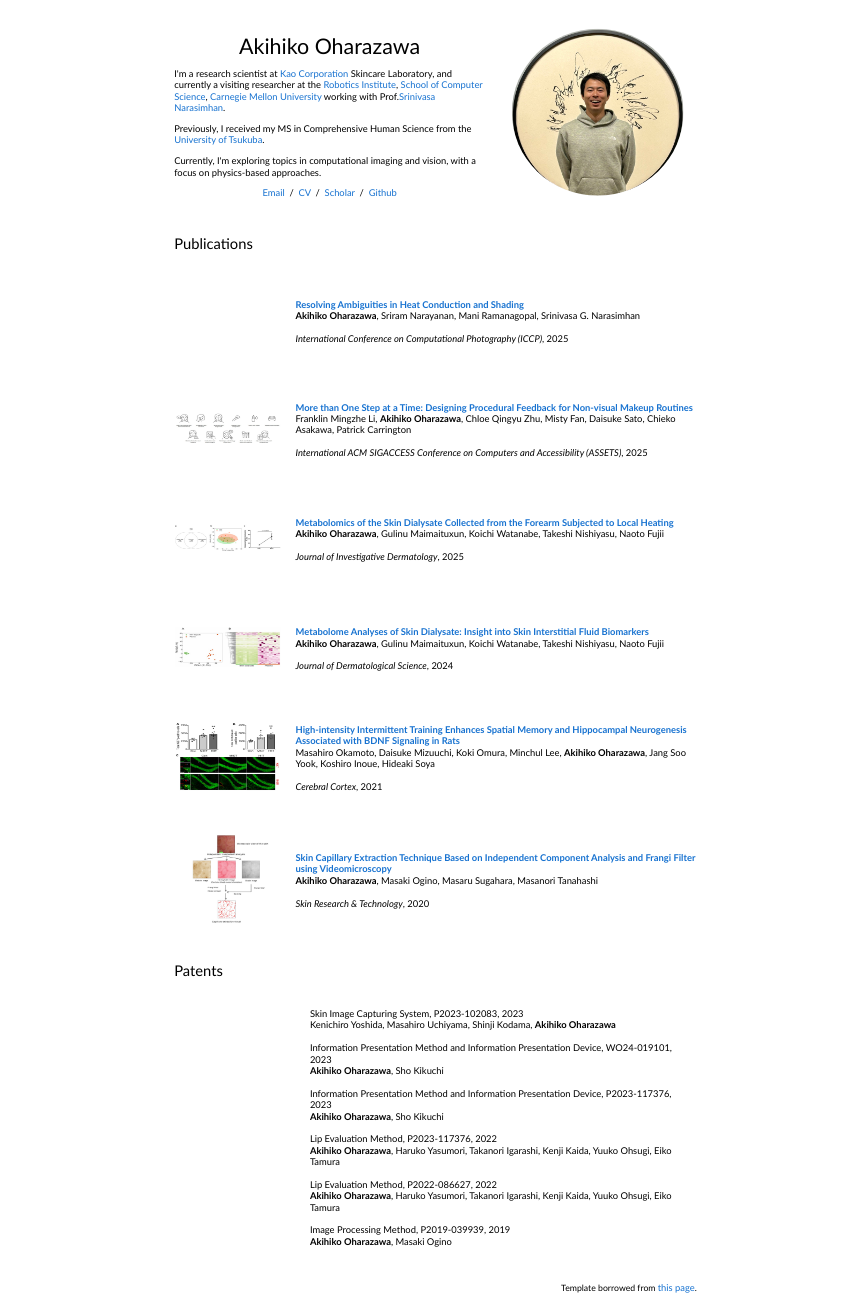
Repository: akihikooharazawa/akihikooharazawa.github.io
Page: index.html
These files come from the project's save history. The page is drawn as it stood at one moment and after the next save; the edit follows.
The browser window is 1280 px wide. The pictures show the whole page, at 67% of full size.
Pictures or frames that could not be fetched are drawn as grey boxes.

Above is the page before, as saved 2025-07-25 12:25:53.

After the next save:
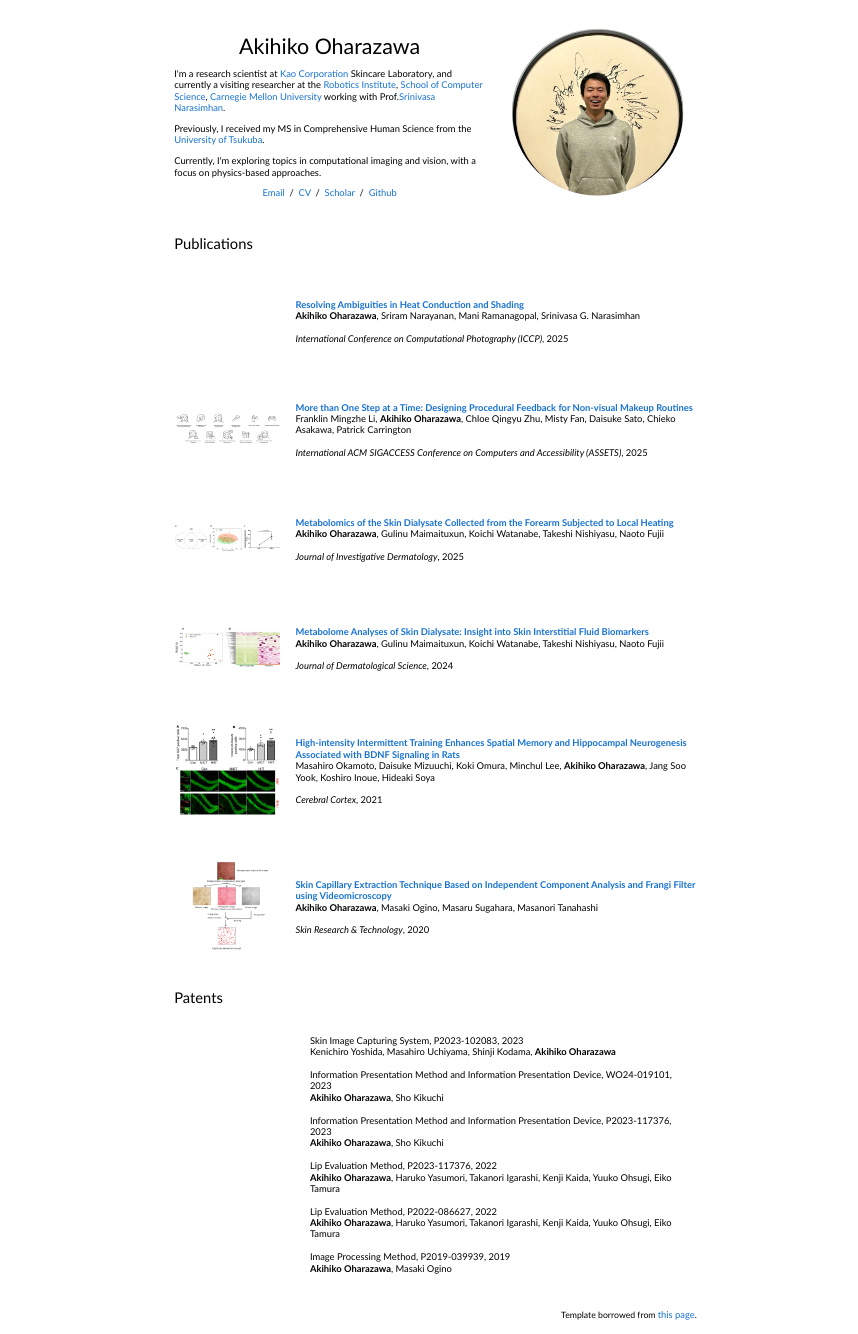
Saved 23 s later.
--- a/index.html
+++ b/index.html
@@ -144,7 +144,7 @@
             <!-- Cerebral Cortex 2021 -->
             <tr>
               <td style="padding:20px;width:25%;vertical-align:middle">
-                <img src="static/images/2021CB.png" alt="2021CB.png" width="160" height="120" style="border-style: none">
+                <img src="static/images/2021CB.png" alt="2021CB.png" width="160" height="160" style="border-style: none">
               </td>
               <td width="75%" valign="middle">
                 <a href="https://academic.oup.com/cercor/article/31/9/4386/6274998">
